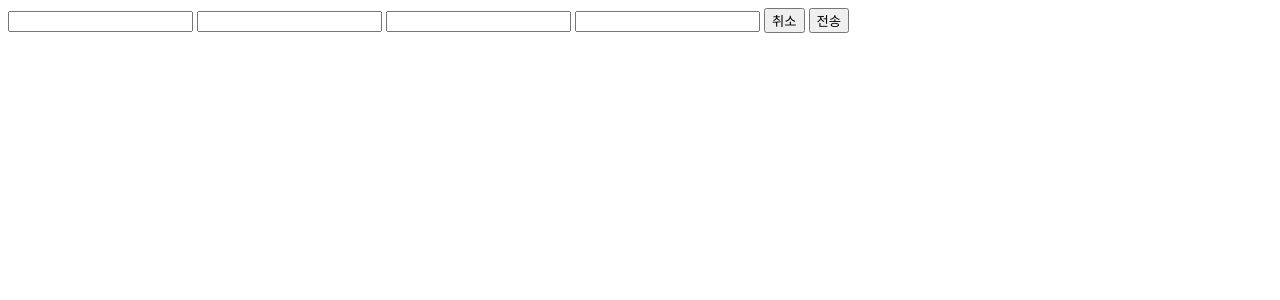
Repository: dev-leeJin/jsp-practice
Page: http://localhost/JSPBasic/JspObject/1.requests/req_param_send.jsp
The author's editor kept a copy of each file at every save. The page is drawn from the files as they stood at one save, then again after the next save.
The browser window is 1280 px wide. The pictures show the whole page.
The page is served by Tomcat 9.

Above is the page before, as saved 2022-02-03 05:23:38.

After the next save:
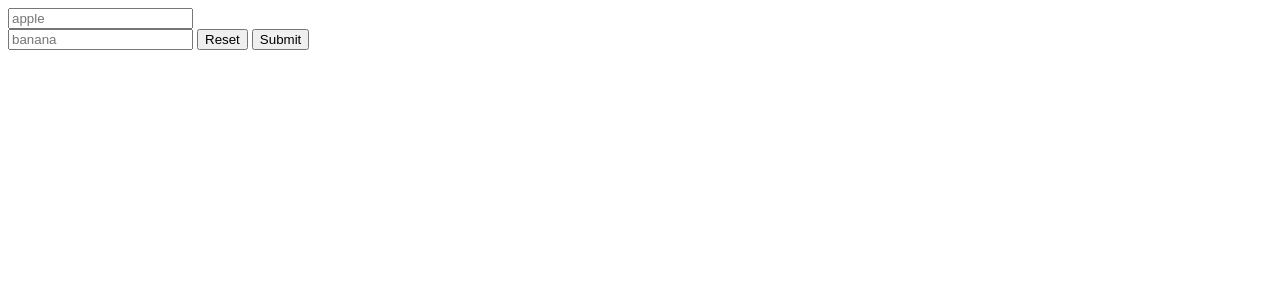
Saved 5 min 53 s later.
--- a/JSPBasic/src/main/webapp/JspObject/1.requests/req_param_send.jsp
+++ b/JSPBasic/src/main/webapp/JspObject/1.requests/req_param_send.jsp
@@ -12,12 +12,10 @@
 name속성은 하나는 apple, 하나는 banana로 해 주세요.
 reset버튼과 submit 버튼도 각각 하나씩 만들어주세요. --%>
 <form>
-	<input type="text"/>
-	<input type="password"/>
-	<input name="apple"/>
-	<input name="banana"/>
-	<input type="reset" value="취소"/>
-	<input type="submit" value="전송"/>
+	<input type="text" name="apple" placeholder="apple"/> <br/>
+	<input type="password" name="banana" placeholder="banana"/>
+	<input type="reset"/>
+	<input type="submit"/>
 </form>
 
 </body>
